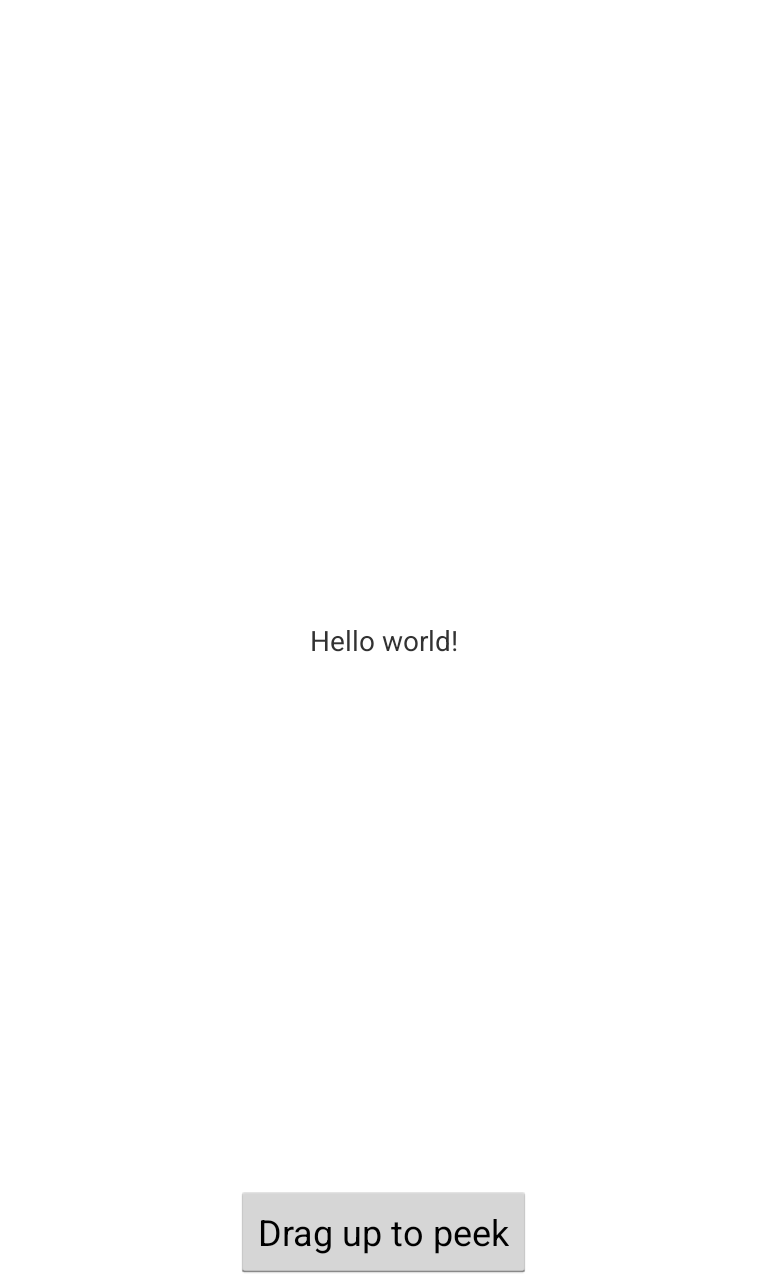
Repository: CrisFeo/JacksonPass
Layout: Android/Passwarp/res/layout/activity_main.xml
An editor plug-in stored every save of this project. The layout is shown before and after a run of saves, followed by the edit.
It is drawn on a 768 x 1280 px phone screen (xhdpi) without system bars, with theme AppTheme; the app's code is not run.

Above is the layout before, as saved 2012-09-15 19:38:45.

### Android/Passwarp/res/layout/activity_main.xml
<RelativeLayout xmlns:android="http://schemas.android.com/apk/res/android"
    xmlns:tools="http://schemas.android.com/tools"
    android:layout_width="match_parent"
    android:layout_height="match_parent" >

    <TextView
        android:layout_width="wrap_content"
        android:layout_height="wrap_content"
        android:layout_centerHorizontal="true"
        android:layout_centerVertical="true"
        android:text="@string/hello_world"
        tools:context=".MainActivity" />


    <SlidingDrawer
        android:id="@+id/slidingDrawer1"
        android:layout_width="match_parent"
        android:layout_height="match_parent"
        android:layout_alignParentTop="true"
        android:layout_centerHorizontal="true"
        android:content="@+id/content"
        android:handle="@+id/handle" >

        <Button
            android:id="@+id/handle"
            android:layout_width="wrap_content"
            android:layout_height="wrap_content"
            android:text="Drag up to peek" />

        <LinearLayout
            android:id="@+id/content"
            android:layout_width="match_parent"
            android:layout_height="109dp"
            android:orientation="vertical" >

            <TableLayout
                android:layout_width="wrap_content"
                android:layout_height="match_parent" >

                <TableRow
                    android:id="@+id/tableRow1"
                    android:layout_width="wrap_content"
                    android:layout_height="wrap_content" >

                    <TextView
                        android:id="@+id/textView1"
                        android:layout_width="wrap_content"
                        android:layout_height="wrap_content"
                        android:text="Row 1: information" />

                </TableRow>

                <TableRow
                    android:id="@+id/tableRow2"
                    android:layout_width="wrap_content"
                    android:layout_height="wrap_content" >

                    <TextView
                        android:id="@+id/textView2"
                        android:layout_width="wrap_content"
                        android:layout_height="wrap_content"
                        android:text="Row 1: information" />

                </TableRow>

                <TableRow
                    android:id="@+id/tableRow3"
                    android:layout_width="wrap_content"
                    android:layout_height="wrap_content" >

                    <TextView
                        android:id="@+id/textView3"
                        android:layout_width="wrap_content"
                        android:layout_height="wrap_content"
                        android:text="Row 1: information" />

                </TableRow>

                <TableRow
                    android:id="@+id/tableRow4"
                    android:layout_width="wrap_content"
                    android:layout_height="wrap_content" >
                </TableRow>
            </TableLayout>
        </LinearLayout>
    </SlidingDrawer>

</RelativeLayout>

### Android/Passwarp/res/values/strings.xml
<resources>

    <string name="app_name">PassAdapt</string>
    <string name="hello_world">Hello world!</string>
    <string name="menu_settings">Settings</string>
    <string name="title_activity_main">PassAdapt</string>

</resources>

### Android/Passwarp/res/drawable-xhdpi/backrepeat.xml
<bitmap xmlns:android="http://schemas.android.com/apk/res/android"
    android:dither="true"
    android:src="@drawable/dark_wood_2X"
    android:tileMode="repeat" />

Loaded but not shown: Android/Passwarp/res/values-v11/styles.xml (common file); Android/Passwarp/res/values-v14/styles.xml (common file); Android/Passwarp/res/values/styles.xml (common file)

After the next 2 saves:
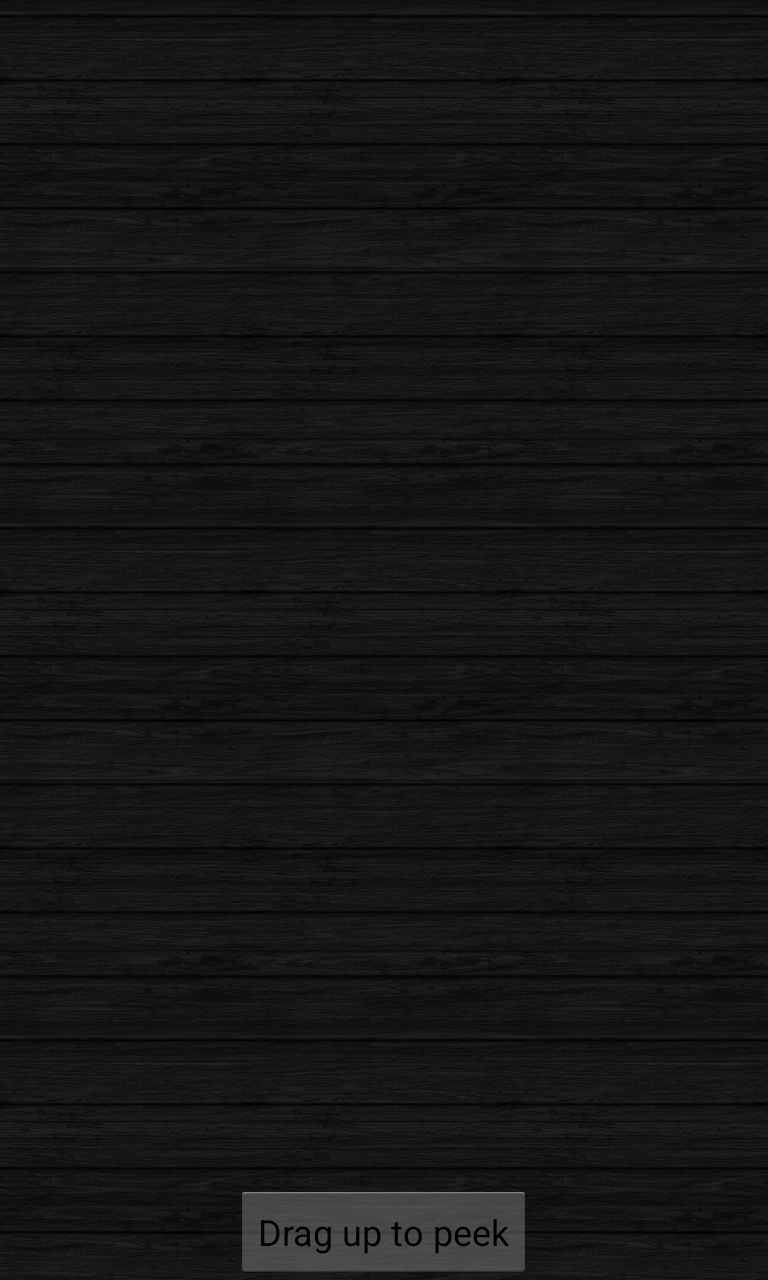
The 2 saves are shown as one change because 1 did not build or start.
The last was saved 2 min 47 s later.
--- a/Android/Passwarp/res/layout/activity_main.xml
+++ b/Android/Passwarp/res/layout/activity_main.xml
@@ -11,13 +11,13 @@
         android:text="@string/hello_world"
         tools:context=".MainActivity" />
 
-
     <SlidingDrawer
         android:id="@+id/slidingDrawer1"
         android:layout_width="match_parent"
         android:layout_height="match_parent"
         android:layout_alignParentTop="true"
         android:layout_centerHorizontal="true"
+        android:background="@drawable/backrepeat"
         android:content="@+id/content"
         android:handle="@+id/handle" >
 
--- a/Android/Passwarp/res/drawable-xhdpi/backrepeat.xml
+++ b/Android/Passwarp/res/drawable-xhdpi/backrepeat.xml
@@ -1,4 +1,4 @@
 <bitmap xmlns:android="http://schemas.android.com/apk/res/android"
     android:dither="true"
-    android:src="@drawable/dark_wood_2X"
+    android:src="@drawable/dark_wood"
     android:tileMode="repeat" />

After the save that followed:
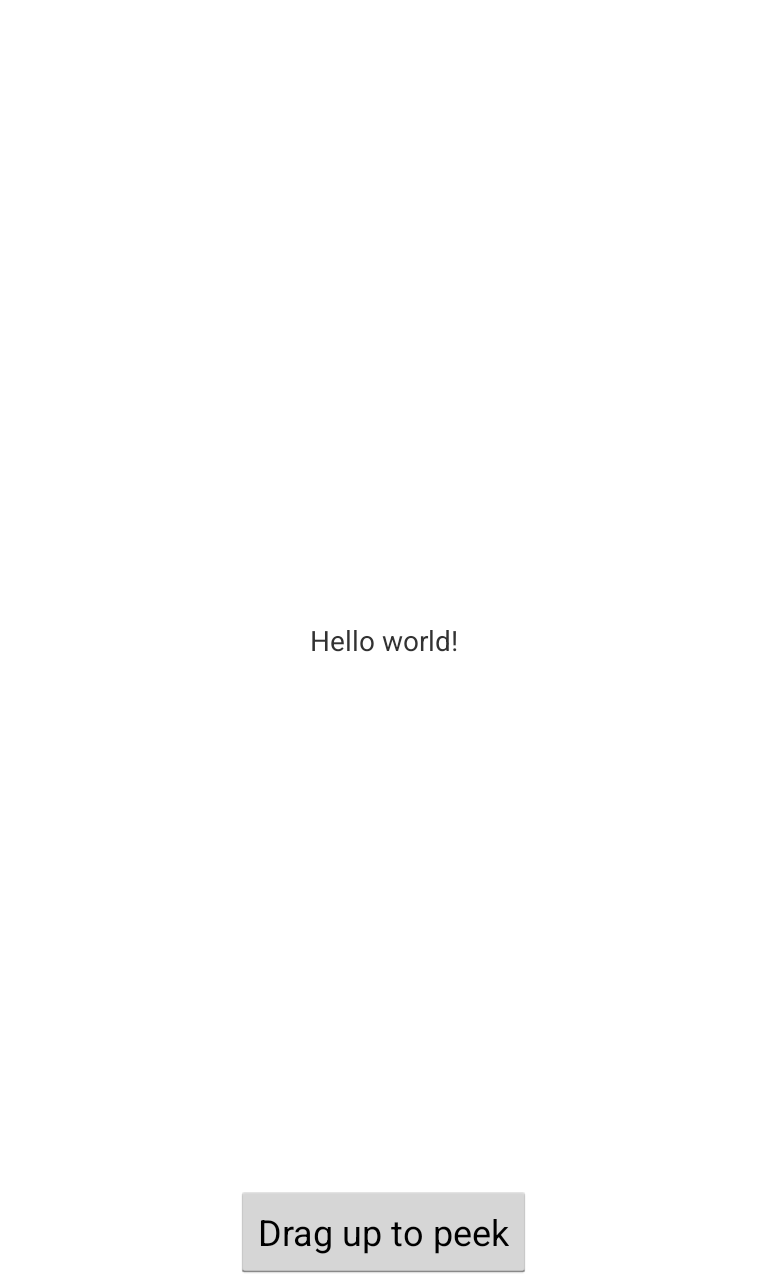
Saved 110 s later.
--- a/Android/Passwarp/res/layout/activity_main.xml
+++ b/Android/Passwarp/res/layout/activity_main.xml
@@ -17,7 +17,6 @@
         android:layout_height="match_parent"
         android:layout_alignParentTop="true"
         android:layout_centerHorizontal="true"
-        android:background="@drawable/backrepeat"
         android:content="@+id/content"
         android:handle="@+id/handle" >
 
